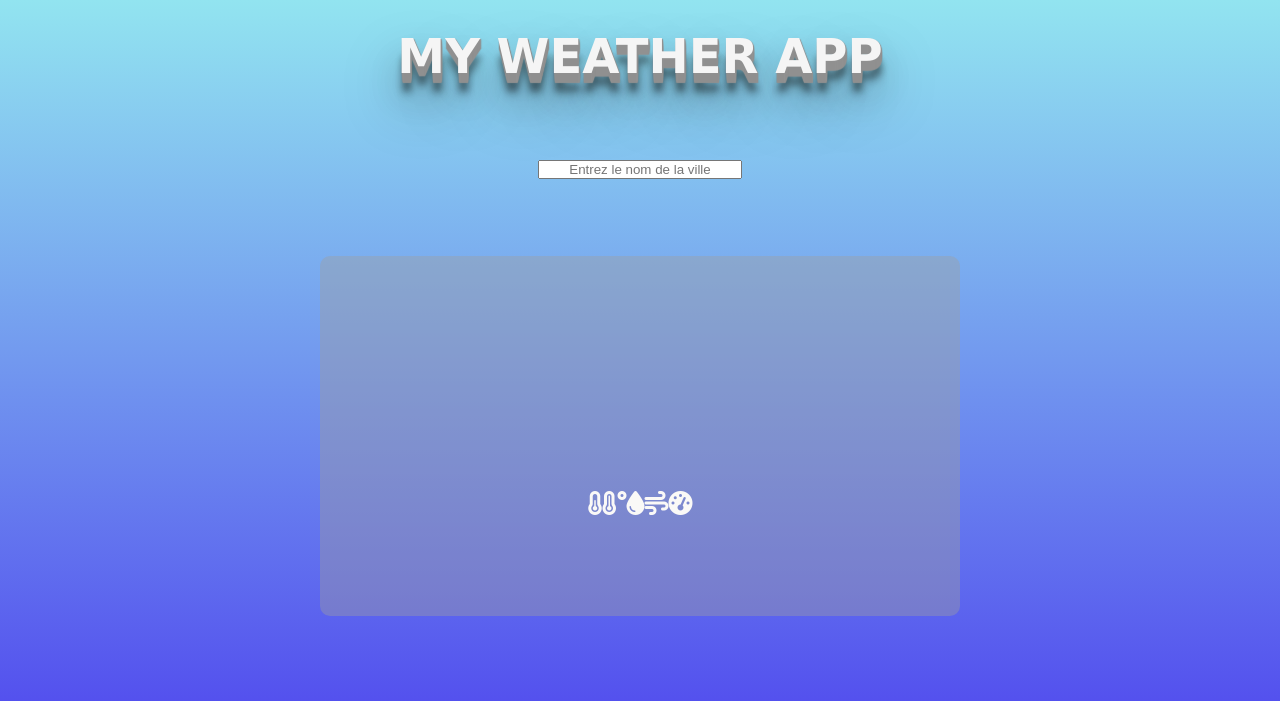
Repository: JeffnyAugustin/MyWeatherApp
Page: index.html
An editor plug-in stored every save of this project. The page is shown before and after the next save, followed by the edit.
The browser window is 1280 px wide. The pictures show the whole page.

Above is the page before, as saved 2023-11-15 17:09:58.

After the next save:
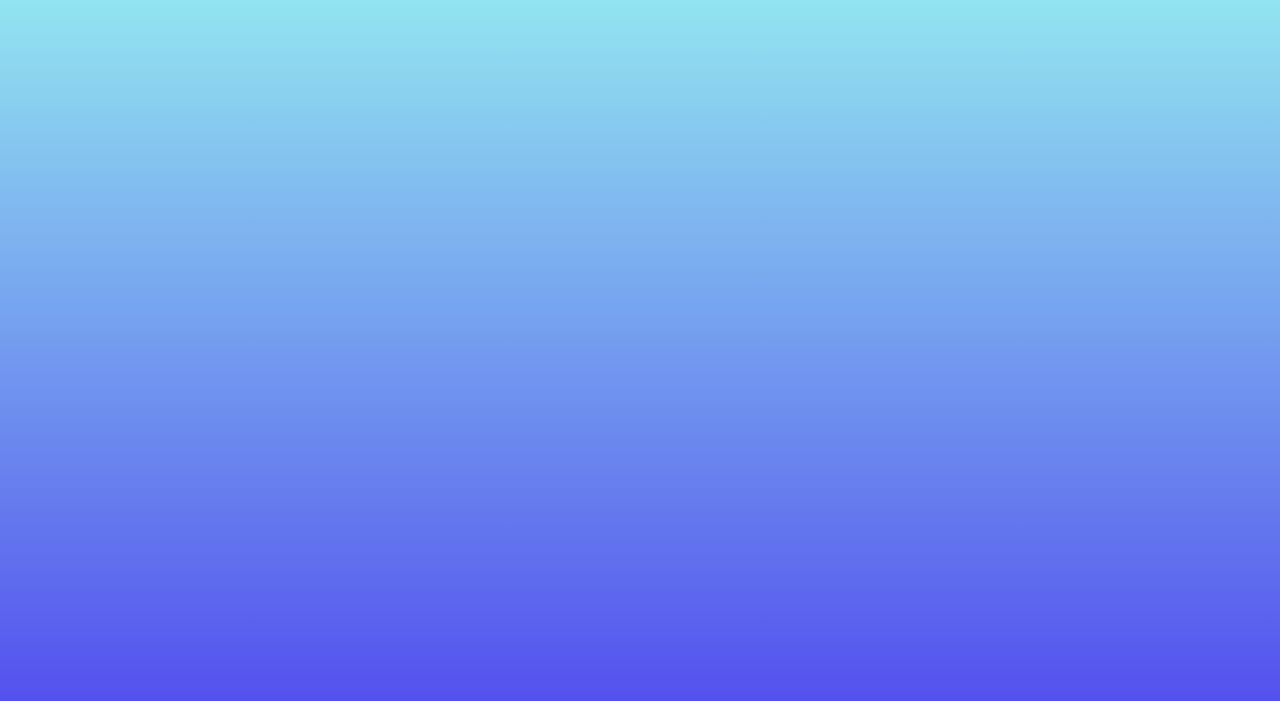
Console error: SyntaxError: Identifier 'searchIcon' has already been declared
Saved 2 min 12 s later.
--- a/js/script.js
+++ b/js/script.js
@@ -31,6 +31,13 @@
 const searchIcon = document.createElement("i");
 searchIcon.className = "fas fa-search";
 inputSearch.appendChild(searchIcon);
+// Création de l'icône
+const searchIcon = document.createElement("i");
+searchIcon.className = "fas fa-search"; // Utilisation de "fas" pour les icônes solides, ou "far" pour les icônes régulières
+
+// Ajout de l'icône à un élément avec l'ID "myElement" par exemple
+const myElement = document.getElementById("myElement");
+myElement.appendChild(searchIcon);
 
 
 // Création de div

After the save that followed:
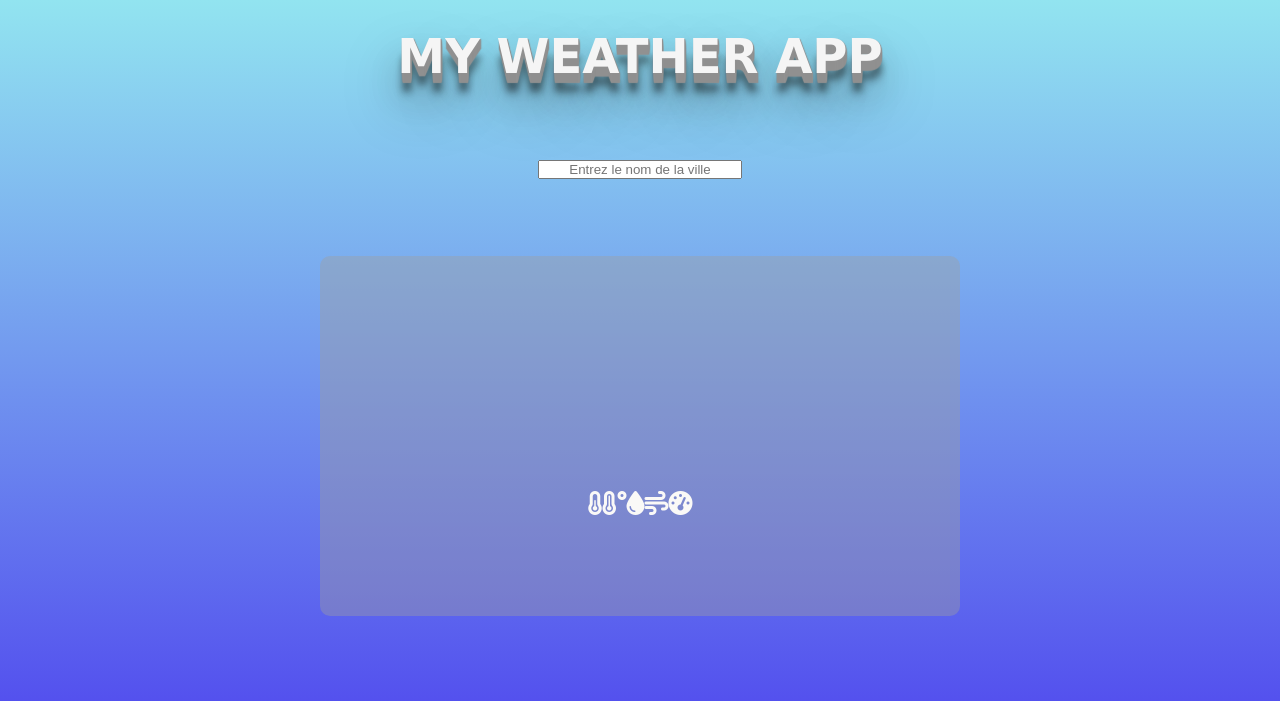
The error is gone.
Saved 5 s later.
--- a/js/script.js
+++ b/js/script.js
@@ -31,13 +31,6 @@
 const searchIcon = document.createElement("i");
 searchIcon.className = "fas fa-search";
 inputSearch.appendChild(searchIcon);
-// Création de l'icône
-const searchIcon = document.createElement("i");
-searchIcon.className = "fas fa-search"; // Utilisation de "fas" pour les icônes solides, ou "far" pour les icônes régulières
-
-// Ajout de l'icône à un élément avec l'ID "myElement" par exemple
-const myElement = document.getElementById("myElement");
-myElement.appendChild(searchIcon);
 
 
 // Création de div
